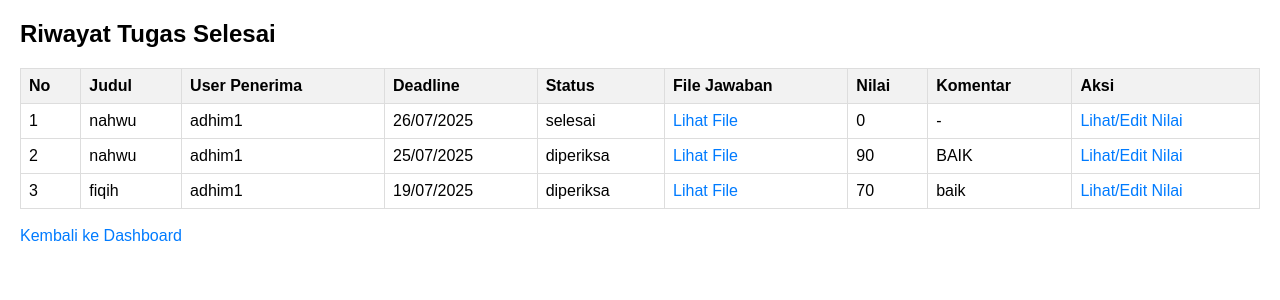
Repository: fatkquladhim/multimedia_app
Page: http://localhost/admin/beri tugas/tugas_selesai_riwayat.php
The author's editor kept a copy of each file at every save. The page is drawn from the files as they stood at one save, then again after the next save.
The browser window is 1280 px wide. The pictures show the whole page.
The page is run by PHP 8.4 with error messages shown; the project is at /var/www/html/. The session is filled in as if someone had signed in: {"user_id": 2, "username": "asep", "role": "admin"}. Other server files are loaded and not shown. The database holds what the project's SQL file puts in it.

Above is the page before, as saved 2025-07-18 22:17:24.

### admin/beri tugas/tugas_selesai_riwayat.php
<?php
session_start();
if (!isset($_SESSION['user_id']) || $_SESSION['role'] !== 'admin') {
    header('Location: ../../auth/login.php');
    exit;
}

require_once '../../includes/db_config.php';
$conn = new mysqli(DB_HOST, DB_USER, DB_PASS, DB_NAME);

// Ambil daftar tugas yang sudah selesai atau diperiksa
// 'diperiksa' status can be added if you want to show tasks that have been graded
$query = "SELECT
    t.id,
    t.judul,
    t.deskripsi,
    t.deadline,
    t.status,
    u.username as penerima_username,
    u.nama_lengkap as penerima_nama_lengkap,
    tj.file_jawaban,
    tj.nilai,
    tj.komentar,
    tj.id as id_jawaban -- Get the ID of the answer for review
FROM tugas t
LEFT JOIN users u ON t.id_penerima_tugas = u.id
LEFT JOIN tugas_jawaban tj ON t.id = tj.id_tugas
WHERE t.status IN ('selesai', 'diperiksa') -- Include 'diperiksa' if you use it
ORDER BY t.deadline DESC";

$result = $conn->query($query);
?>

<!DOCTYPE html>
<html>
<head>
    <title>Riwayat Tugas Selesai</title>
    <style>
        body { font-family: Arial, sans-serif; margin: 20px; }
        table { width: 100%; border-collapse: collapse; margin-top: 20px; }
        th, td { border: 1px solid #ddd; padding: 8px; text-align: left; }
        th { background-color: #f2f2f2; }
        a { text-decoration: none; color: #007bff; }
        a:hover { text-decoration: underline; }
        .message { padding: 10px; margin-bottom: 15px; border-radius: 4px; }
        .success { background-color: #d4edda; color: #155724; border: 1px solid #c3e6cb; }
        .error { background-color: #f8d7da; color: #721c24; border: 1px solid #f5c6cb; }
    </style>
</head>
<body>
    <h2>Riwayat Tugas Selesai</h2>

    <?php
    if (isset($_GET['status'])) {
        if ($_GET['status'] == 'success') {
            echo '<div class="message success">' . htmlspecialchars($_GET['message']) . '</div>';
        } else {
            echo '<div class="message error">' . htmlspecialchars($_GET['message']) . '</div>';
        }
    }
    ?>

    <table>
        <thead>
            <tr>
                <th>No</th>
                <th>Judul</th>
                <th>User Penerima</th>
                <th>Deadline</th>
                <th>Status</th>
                <th>File Jawaban</th>
                <th>Nilai</th>
                <th>Komentar</th>
                <th>Aksi</th>
            </tr>
        </thead>
        <tbody>
            <?php
            $no = 1;
            if ($result->num_rows > 0):
                while($row = $result->fetch_assoc()):
            ?>
            <tr>
                <td><?php echo $no++; ?></td>
                <td><?php echo htmlspecialchars($row['judul']); ?></td>
                <td><?php echo htmlspecialchars($row['penerima_username'] ); ?></td>
                <td><?php echo date('d/m/Y', strtotime($row['deadline'])); ?></td>
                <td><?php echo htmlspecialchars($row['status']); ?></td>
                <td>
                    <?php if($row['file_jawaban']): ?>
                        <a href="../../uploads/tugas_jawaban/<?php echo htmlspecialchars($row['file_jawaban']); ?>" target="_blank">
                            Lihat File
                        </a>
                    <?php else: ?>
                        Tidak ada file
                    <?php endif; ?>
                </td>
                <td><?php echo $row['nilai'] !== null ? htmlspecialchars($row['nilai']) : 'Belum dinilai'; ?></td>
                <td><?php echo htmlspecialchars($row['komentar'] ?? '-'); ?></td>
                <td>
                    <?php
                    // Only allow grading if there's a submission and it hasn't been graded yet
                    if($row['id_jawaban'] && $row['nilai'] === null):
                    ?>
                        <a href="tugas_user_review.php?id_tugas=<?php echo $row['id']; ?>">Beri Nilai</a>
                    <?php elseif ($row['id_jawaban'] && $row['nilai'] !== null): ?>
                        <a href="tugas_user_review.php?id_tugas=<?php echo $row['id']; ?>">Lihat/Edit Nilai</a>
                    <?php else: ?>
                        -
                    <?php endif; ?>
                </td>
            </tr>
            <?php
                endwhile;
            else:
            ?>
            <tr>
                <td colspan="9">Tidak ada tugas yang sudah selesai atau diperiksa.</td>
            </tr>
            <?php endif; ?>
        </tbody>
    </table>

    <br>
    <a href="../dashboard.php">Kembali ke Dashboard</a>
</body>
</html>

<?php $conn->close(); ?>

### includes/db_config.php
<?php
// Konfigurasi database
define('DB_HOST', 'localhost');
define('DB_USER', 'root'); // ganti jika user database Anda berbeda
define('DB_PASS', '');     // ganti jika ada password database
define('DB_NAME', 'db_multimedia'); // nama database
?>

### db_multimedia (2).sql (the tables this page reads)
CREATE TABLE `tugas` (
  `id` int(11) NOT NULL,
  `judul` varchar(100) NOT NULL,
  `deskripsi` text DEFAULT NULL,
  `deadline` date DEFAULT NULL,
  `id_pemberi_tugas` int(11) NOT NULL,
  `id_penerima_tugas` int(11) NOT NULL,
  `status` enum('pending','selesai','diperiksa') DEFAULT 'pending'
) ENGINE=InnoDB DEFAULT CHARSET=utf8mb4 COLLATE=utf8mb4_general_ci;

INSERT INTO `tugas` (`id`, `judul`, `deskripsi`, `deadline`, `id_pemberi_tugas`, `id_penerima_tugas`, `status`) VALUES
(1, 'nahwu', 'APA ITU KALAM', '2025-07-25', 2, 21, 'diperiksa'),
(2, 'nahwu', 'apa itu kalam seta kal;im', '2025-07-26', 2, 21, 'selesai'),
(3, 'fiqih', 'apa itu wudhu\'', '2025-07-19', 2, 21, 'diperiksa'),
(4, 'qowaid', 'apa itu qoidah fiqih', '2025-07-26', 2, 21, 'pending'),
(5, 'tauhid', 'apa yang dimaksud dengan wahdaniyat', '2025-07-27', 2, 21, 'pending');

ALTER TABLE `tugas`
  ADD PRIMARY KEY (`id`),
  ADD KEY `id_pemberi_tugas` (`id_pemberi_tugas`),
  ADD KEY `id_penerima_tugas` (`id_penerima_tugas`);

ALTER TABLE `tugas`
  MODIFY `id` int(11) NOT NULL AUTO_INCREMENT, AUTO_INCREMENT=6;

ALTER TABLE `tugas`
  ADD CONSTRAINT `tugas_ibfk_1` FOREIGN KEY (`id_pemberi_tugas`) REFERENCES `users` (`id`) ON DELETE CASCADE,
  ADD CONSTRAINT `tugas_ibfk_2` FOREIGN KEY (`id_penerima_tugas`) REFERENCES `users` (`id`) ON DELETE CASCADE;

CREATE TABLE `tugas_jawaban` (
  `id` int(11) NOT NULL,
  `id_tugas` int(11) NOT NULL,
  `id_user` int(11) NOT NULL,
  `file_jawaban` varchar(255) DEFAULT NULL,
  `nilai` int(11) DEFAULT 0,
  `komentar` text DEFAULT NULL,
  `tanggal_submit` datetime DEFAULT current_timestamp()
) ENGINE=InnoDB DEFAULT CHARSET=utf8mb4 COLLATE=utf8mb4_general_ci;

INSERT INTO `tugas_jawaban` (`id`, `id_tugas`, `id_user`, `file_jawaban`, `nilai`, `komentar`, `tanggal_submit`) VALUES
(1, 1, 21, 'jawaban_1_21_1752504662.png', 90, 'BAIK', '2025-07-14 21:51:02'),
(2, 3, 21, 'jawaban_3_21_1752679193.png', 70, 'baik', '2025-07-16 22:19:53'),
(3, 2, 21, 'jawaban_2_21_1752818643.png', 0, NULL, '2025-07-18 13:04:03');

ALTER TABLE `tugas_jawaban`
  ADD PRIMARY KEY (`id`),
  ADD KEY `id_tugas` (`id_tugas`),
  ADD KEY `id_user` (`id_user`);

ALTER TABLE `tugas_jawaban`
  MODIFY `id` int(11) NOT NULL AUTO_INCREMENT, AUTO_INCREMENT=4;

ALTER TABLE `tugas_jawaban`
  ADD CONSTRAINT `tugas_jawaban_ibfk_1` FOREIGN KEY (`id_tugas`) REFERENCES `tugas` (`id`) ON DELETE CASCADE,
  ADD CONSTRAINT `tugas_jawaban_ibfk_2` FOREIGN KEY (`id_user`) REFERENCES `users` (`id`) ON DELETE CASCADE;

CREATE TABLE `users` (
  `id` int(11) NOT NULL,
  `username` varchar(50) NOT NULL,
  `password` varchar(255) NOT NULL,
  `role` enum('admin','user') NOT NULL DEFAULT 'user',
  `nama_lengkap` varchar(100) DEFAULT NULL,
  `email` varchar(100) DEFAULT NULL
) ENGINE=InnoDB DEFAULT CHARSET=utf8mb4 COLLATE=utf8mb4_general_ci;

INSERT INTO `users` (`id`, `username`, `password`, `role`, `nama_lengkap`, `email`) VALUES
(2, 'asep', '$2y$10$ZvJxXAeCPWgMdfPO28SaFuzg6rU8McbByuj/jx/gDjJ/LgUoPIv6e', 'admin', NULL, NULL),
(21, 'adhim1', '$2y$10$joDQhSdJpJI.R7w9amW9WOdI15wISMqHlUCvg3RMZt7meuu.YAqI.', 'user', 'moch fatkqul adhim', 'fatquladhim@gmail.com');

ALTER TABLE `users`
  ADD PRIMARY KEY (`id`),
  ADD UNIQUE KEY `username` (`username`);

ALTER TABLE `users`
  MODIFY `id` int(11) NOT NULL AUTO_INCREMENT, AUTO_INCREMENT=22;

After the next save:
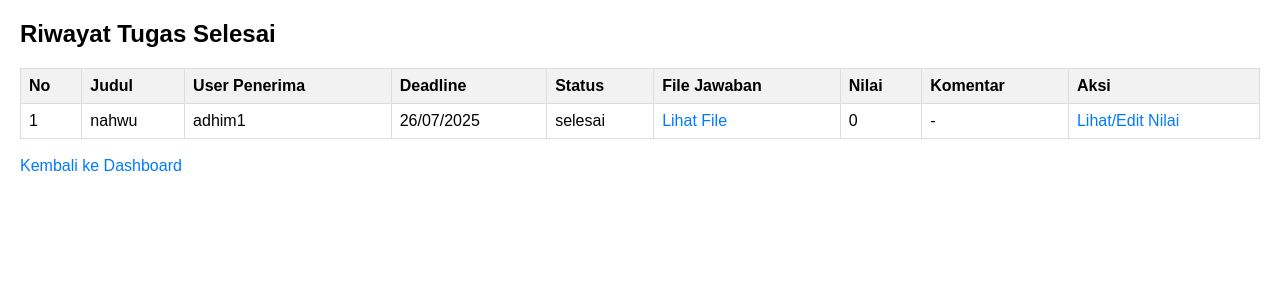
Saved 6 s later.
--- a/admin/beri tugas/tugas_selesai_riwayat.php
+++ b/admin/beri tugas/tugas_selesai_riwayat.php
@@ -25,7 +25,7 @@ $query = "SELECT
 FROM tugas t
 LEFT JOIN users u ON t.id_penerima_tugas = u.id
 LEFT JOIN tugas_jawaban tj ON t.id = tj.id_tugas
-WHERE t.status IN ('selesai', 'diperiksa') -- Include 'diperiksa' if you use it
+WHERE t.status IN ('selesai') -- Include 'diperiksa' if you use it
 ORDER BY t.deadline DESC";
 
 $result = $conn->query($query);
